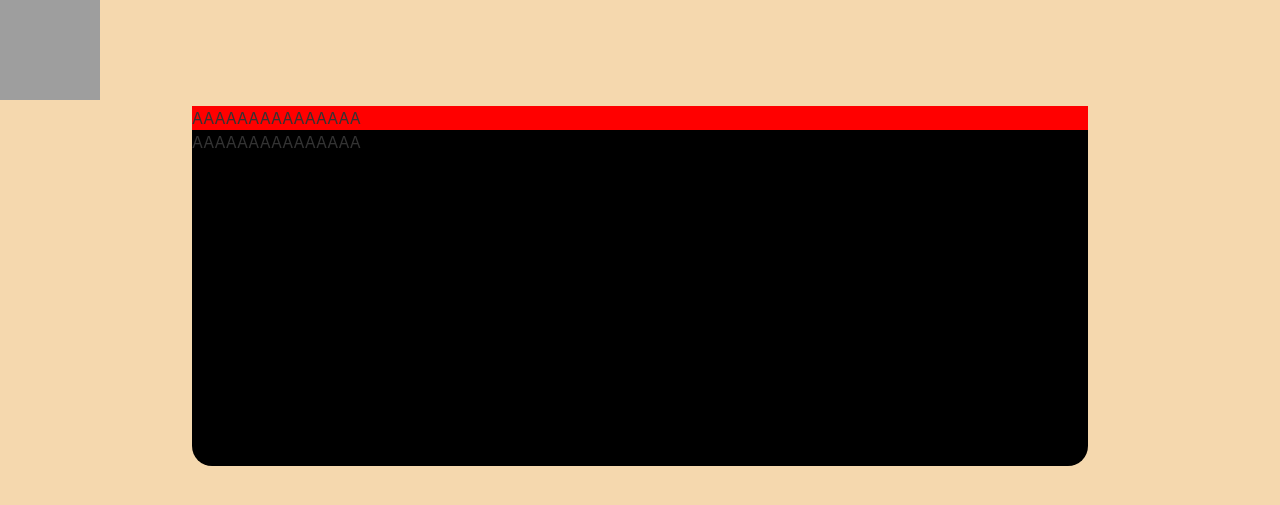
Repository: Grand-Line-PNV/FE-BIBooking
Page: /
An editor plug-in stored every save of this project. The page is shown before and after a run of saves, followed by the edit.
The browser window is 1280 px wide. The pictures show the whole page.
Pictures or frames that could not be fetched are drawn as grey boxes. The project was rebuilt for these pictures with package versions that can differ from the ones it lists, and the page was loaded fresh each time. Also part of the build but not shown: src/App.css, src/components/Button/Button.module.scss, src/components/Button/Button.js.

Above is the page before, as saved 2023-02-05 16:04:31.

After the next 2 saves:
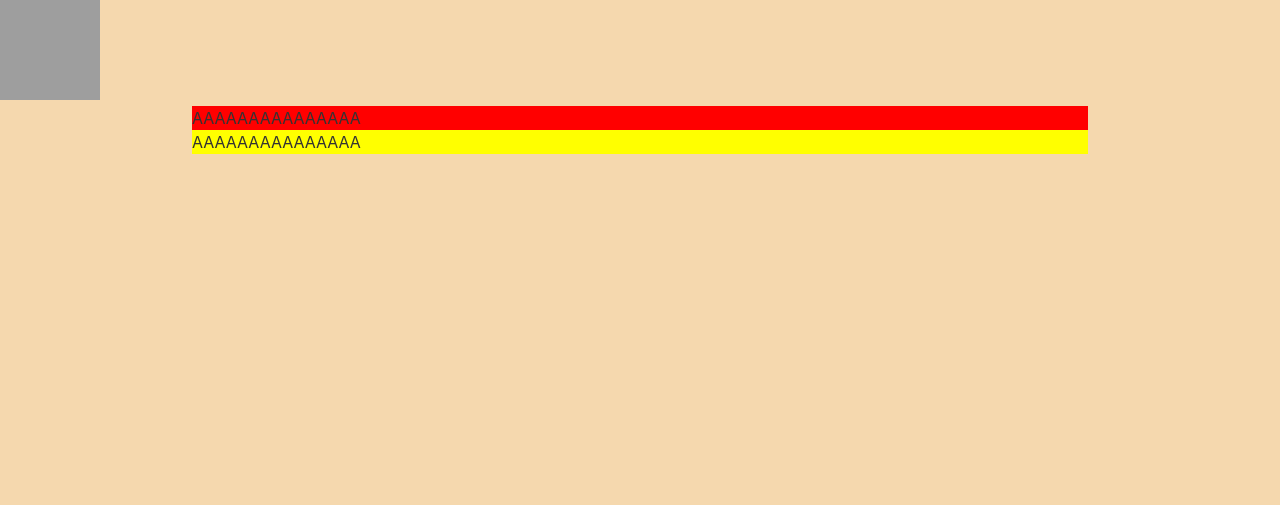
The 2 saves are shown as one change because they came seconds apart.
The last was saved 5 s later.
--- a/src/view/pages/Influencers/PersonalInformation/PersonalInformation.module.scss
+++ b/src/view/pages/Influencers/PersonalInformation/PersonalInformation.module.scss
@@ -17,14 +17,13 @@
   & .personalInfor__block {
     width: 70%;
     height: 50vh;
-    background-color: black;
     margin: 0 auto;
     border-radius: 20px;
     & .block_left {
       background-color: red;
     }
     & .block_right {
-      background-color: black;
+      background-color: yellow;
     }
   }
 }
